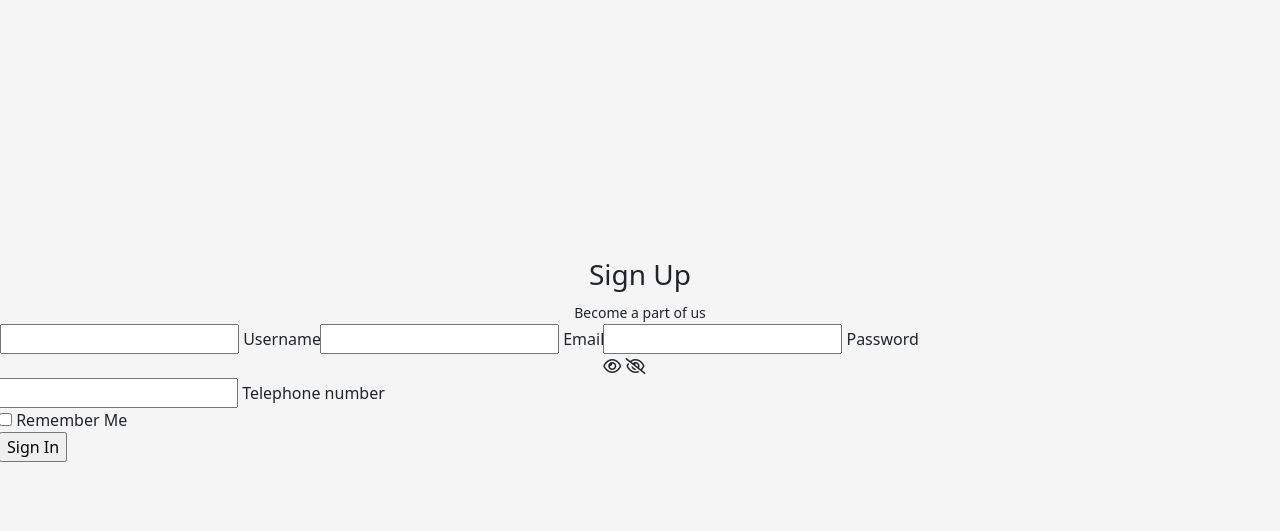
Repository: MauDucKG/BigFarm
Page: http://localhost/BigFarm/views/main/register/index.php
An editor plug-in stored every save of this project. The page is shown before and after the next save, followed by the edit.
The browser window is 1280 px wide. The pictures show the whole page.
Some web libraries are served in a nearby version. The page is run by PHP 8.4 with error messages shown; the project is at /var/www/html/.

Above is the page before, as saved 2023-04-26 18:21:28.

### views/main/register/index.php
<!DOCTYPE html>
<html lang="en">

<head>
	<meta charset="utf-8">
	<meta name="viewport" content="width=device-width, initial-scale=1">
	<title>Register</title>
	<link href="https://cdn.jsdelivr.net/npm/bootstrap@5.2.2/dist/css/bootstrap.min.css" rel="stylesheet" integrity="sha384-Zenh87qX5JnK2Jl0vWa8Ck2rdkQ2Bzep5IDxbcnCeuOxjzrPF/et3URy9Bv1WTRi" crossorigin="anonymous">
	<link rel="stylesheet" href="assets/stylesheets/register.css">
    <script src="https://kit.fontawesome.com/4ccf3877a2.js" crossorigin="anonymous"></script>
    <style>
        .box-register{
            position: absolute;
            width: 85%;
            right: -350px;

        }
        .top-header{
            text-align: center;

        }
    </style>
</head>

<body>
    <div class="register-box" id="regUser">
        <div class="top-header">
            <h3>Sign Up</h3>
            <small>Become a part of us</small>
        </div>
        <div class="input-group">
            <div class="input-field">
                <input type="text" class="input-box" id="regUser" required>
                <label for="regUser">Username</label>
            </div>
            <div class="input-field">
                <input type="text" class="input-box" id="regUser" required>
                <label for="regUser">Email</label>
            </div>
            <div class="input-field">
                <input type="password" class="input-box" id="regPassword" required>
                <label for="regPassword">Password</label>
                 <div class="eye-area">
                        <div class="eye-box" onclick="myRegPassword()">
                            <i class="fa-regular fa-eye" id="eye-2"></i>
                            <i class="fa-regular fa-eye-slash" id="eye-slash-2"></i>
                        </div>
                 </div>
            </div>
            <div class="input-field">
                <input type="text" class="input-box" id="regUser" required>
                <label for="regUser">Telephone number</label>
            <!-- </div>
            <div class="input-field">
                <input type="radio" class="input-box" id="regUser" required>
                <label for="regUser">Male</label>
            </div>
            <div class="input-field">
                <input type="radio" class="input-box" id="regUser" required>
                <label for="regUser">Female</label>
            </div> -->
            <div class="remember">
                <input type="checkbox" id="formCheck-2" class="check">
                <label for="formCheck-2"> Remember Me</label>
            </div>
            <div class="input-field">
                <input type="submit" class="input-submit" value="Sign In">
            </div>
        </div>
    </div>
</body>

</html>

### assets/stylesheets/register.css
html,
body {
  height: 100%;
}

body {
  display: flex;
  align-items: center;
  padding-top: 40px;
  padding-bottom: 40px;
  background-color: #f5f5f5;
}

.form-signin {
  max-width: 500px;
  padding: 15px;
}

.form-signin .form-floating:focus-within {
  z-index: 2;
}

After the next save:
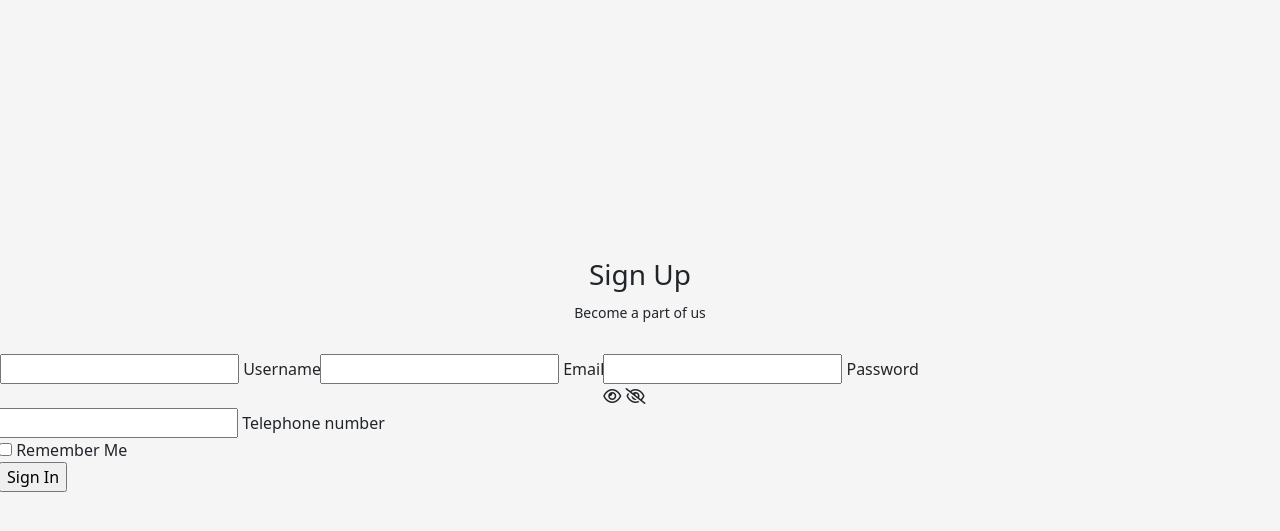
Saved 10 s later.
--- a/views/main/register/index.php
+++ b/views/main/register/index.php
@@ -17,8 +17,9 @@
         }
         .top-header{
             text-align: center;
+            margin: 30px auto;
+        }
 
-        }
     </style>
 </head>
 
